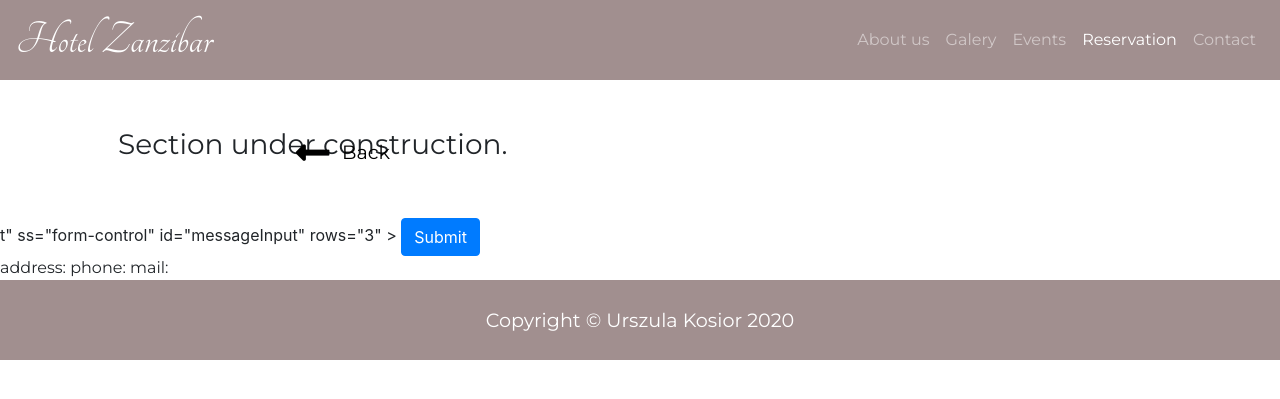
Repository: Ulaa93/Hotel-Zanzibar
Page: reservation.html
These files come from the project's save history. The page is drawn as it stood at one moment and after the next save; the edit follows.
The browser window is 1280 px wide. The pictures show the whole page.

Above is the page before, as saved 2020-01-28 15:51:50.

After the next save:
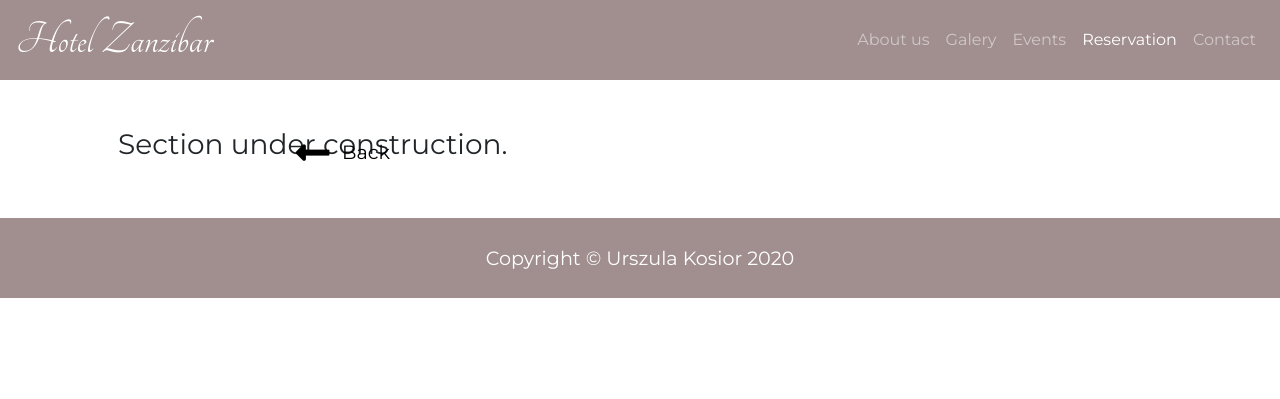
Saved 4 s later.
--- a/reservation.html
+++ b/reservation.html
@@ -68,23 +68,7 @@
     <section class="galery container p-5">
       <h3>Section under construction.</h3>
     </section>
-    t"
-           ss="form-control"
-                    id="messageInput"
-                    rows="3"
-                  ></textarea>
-                </div>
-                <button type="submit" class="btn btn-primary">Submit</button>
-              </form>
-            </div>
-          </div>
-        </div>
-      </div>
-      <div>
-        address:
-        phone:
-        mail:
-      </div>
+
     </section>
     <footer>
       <div>Copyright &copy; Urszula Kosior 2020</div>
